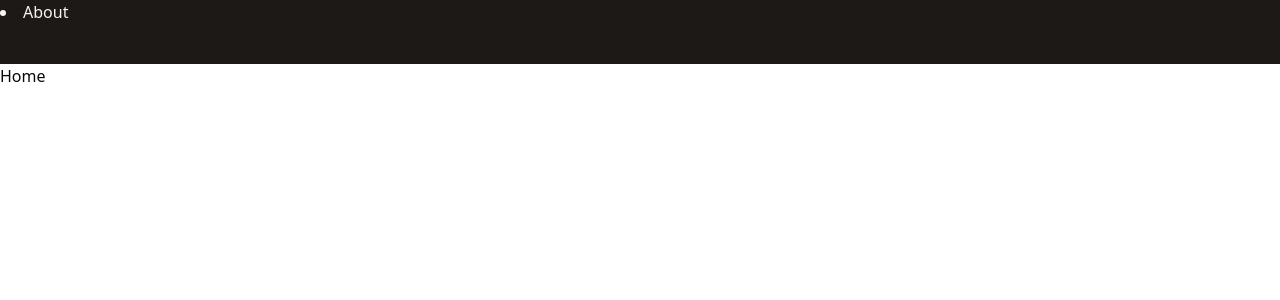
Repository: jefrydep/new-horizont-school
Page: /
The author's editor kept a copy of each file at every save. The page is drawn from the files as they stood at one save, then again after the next save.
The browser window is 1280 px wide. The pictures show the whole page.
The project was rebuilt for these pictures with package versions that can differ from the ones it lists, and the page was loaded fresh each time. The framework's server and built-in components were replaced by stand-ins that run in the browser. Also part of the build but not shown: next.config.ts.

Above is the page before, as saved 2024-11-07 16:08:41.

After the next save:
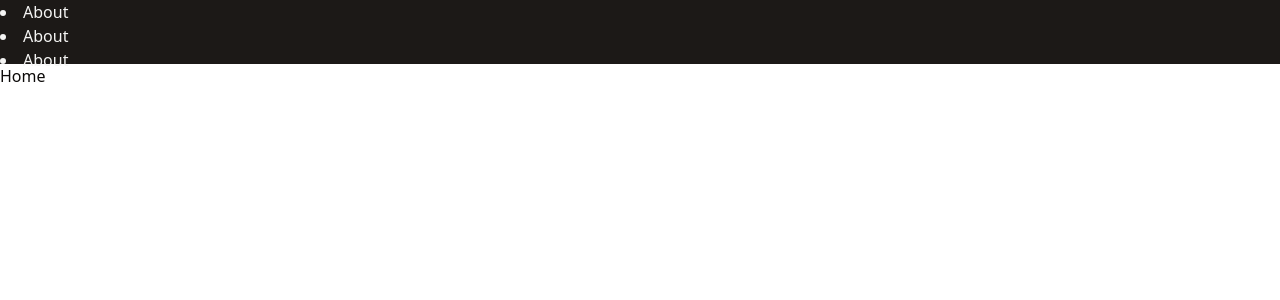
Saved 7 s later.
--- a/src/components/Navbar.tsx
+++ b/src/components/Navbar.tsx
@@ -8,7 +8,13 @@ export default function Navbar() {
           <li className="text-secondary">
             <Link href={"/about"}>About</Link>
           </li>
+          <li className="text-secondary">
+            <Link href={"/about"}>About</Link>
+          </li>
         </nav>
+          <li className="text-secondary">
+            <Link href={"/about"}>About</Link>
+          </li>
       </div>
     </header>
   );
